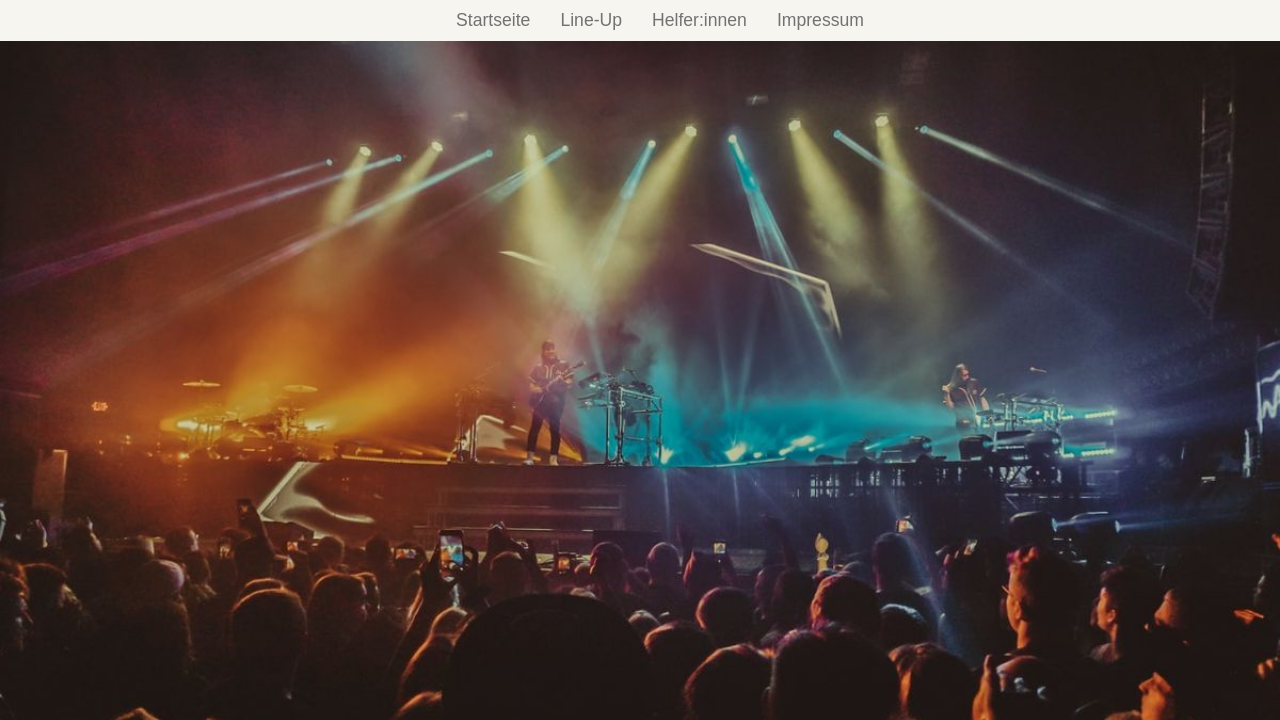
Repository: Hajimohammadi-KI/Web-Technologien
Page: index.html
The author's editor kept a copy of each file at every save. The page is drawn from the files as they stood at one save, then again after the next save.
The browser window is 1280 px wide. The pictures show the whole page.

Above is the page before, as saved 2025-10-01 14:25:39.

After the next save:
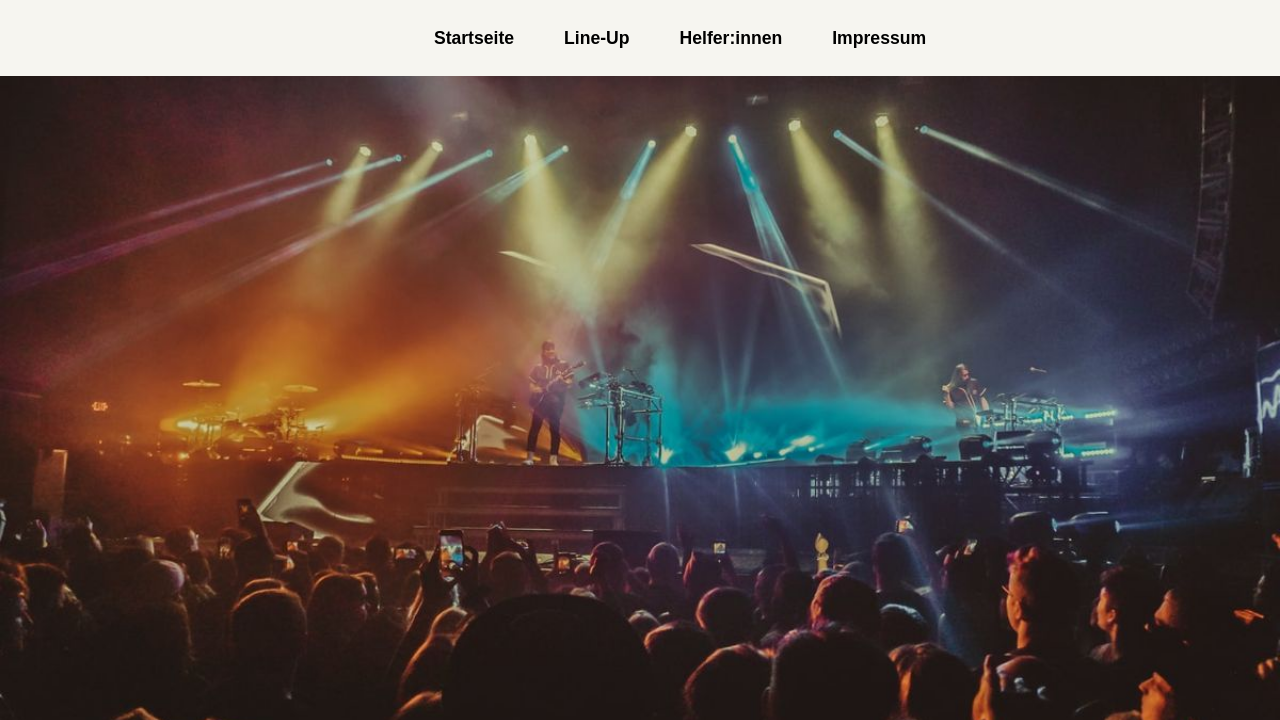
Saved 55 s later.
--- a/index.html
+++ b/index.html
@@ -8,11 +8,14 @@
 </head>
 <body>
    <nav>
-  <a href="index.html">Startseite</a>
-  <a href="lineup.html">Line-Up</a>
-  <a href="helfer.html">Helfer:innen</a>
-  <a href="impressum.html">Impressum</a>
+  <ul>
+    <li><a href="index.html">Startseite</a></li>
+    <li><a href="lineup.html">Line-Up</a></li>
+    <li><a href="helfer.html">Helfer:innen</a></li>
+    <li><a href="impressum.html">Impressum</a></li>
+  </ul>
 </nav>
+
 
     <!-- The alt attribute is used to provide alternative text for the image if it fails to load or if the user visits the page via a screen reader. -->
     <img src="img/spotify-livestreaming-virtual-concerts-feat.jpeg"

After the save that followed:
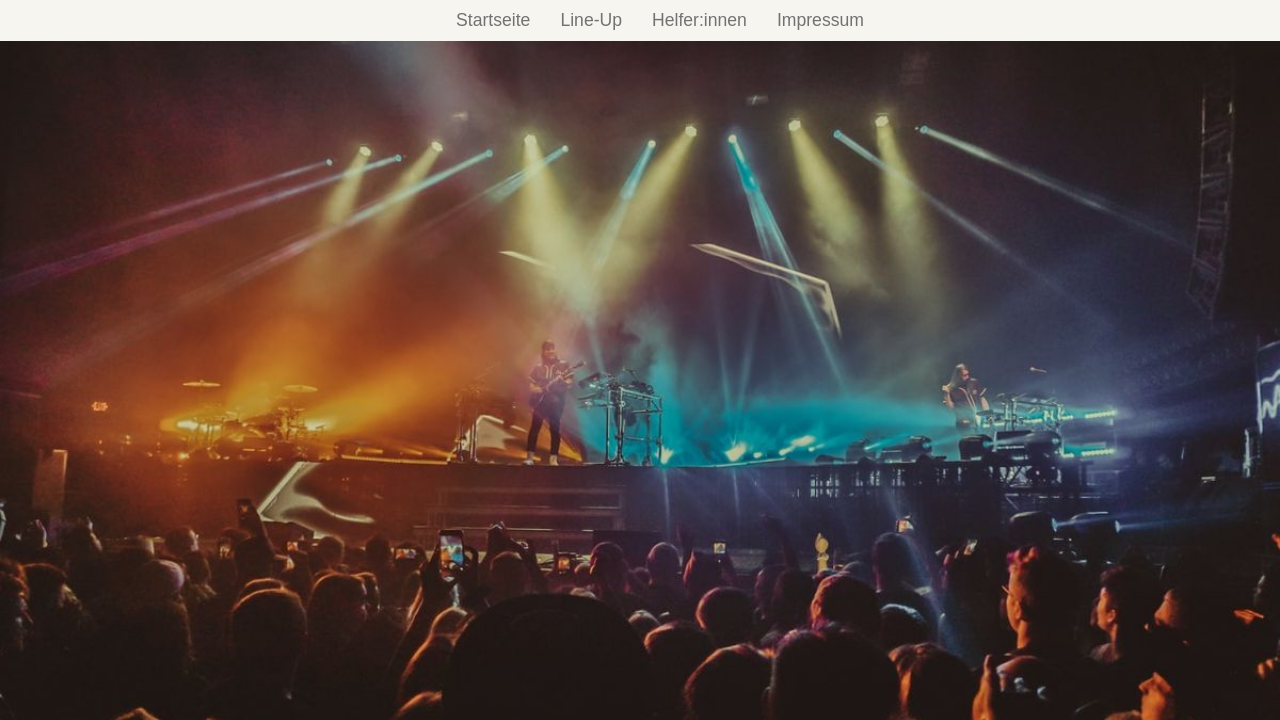
Saved 18 s later.
--- a/index.html
+++ b/index.html
@@ -8,14 +8,11 @@
 </head>
 <body>
    <nav>
-  <ul>
-    <li><a href="index.html">Startseite</a></li>
-    <li><a href="lineup.html">Line-Up</a></li>
-    <li><a href="helfer.html">Helfer:innen</a></li>
-    <li><a href="impressum.html">Impressum</a></li>
-  </ul>
+  <a href="index.html">Startseite</a>
+  <a href="lineup.html">Line-Up</a>
+  <a href="helfer.html">Helfer:innen</a>
+  <a href="impressum.html">Impressum</a>
 </nav>
-
 
     <!-- The alt attribute is used to provide alternative text for the image if it fails to load or if the user visits the page via a screen reader. -->
     <img src="img/spotify-livestreaming-virtual-concerts-feat.jpeg"
